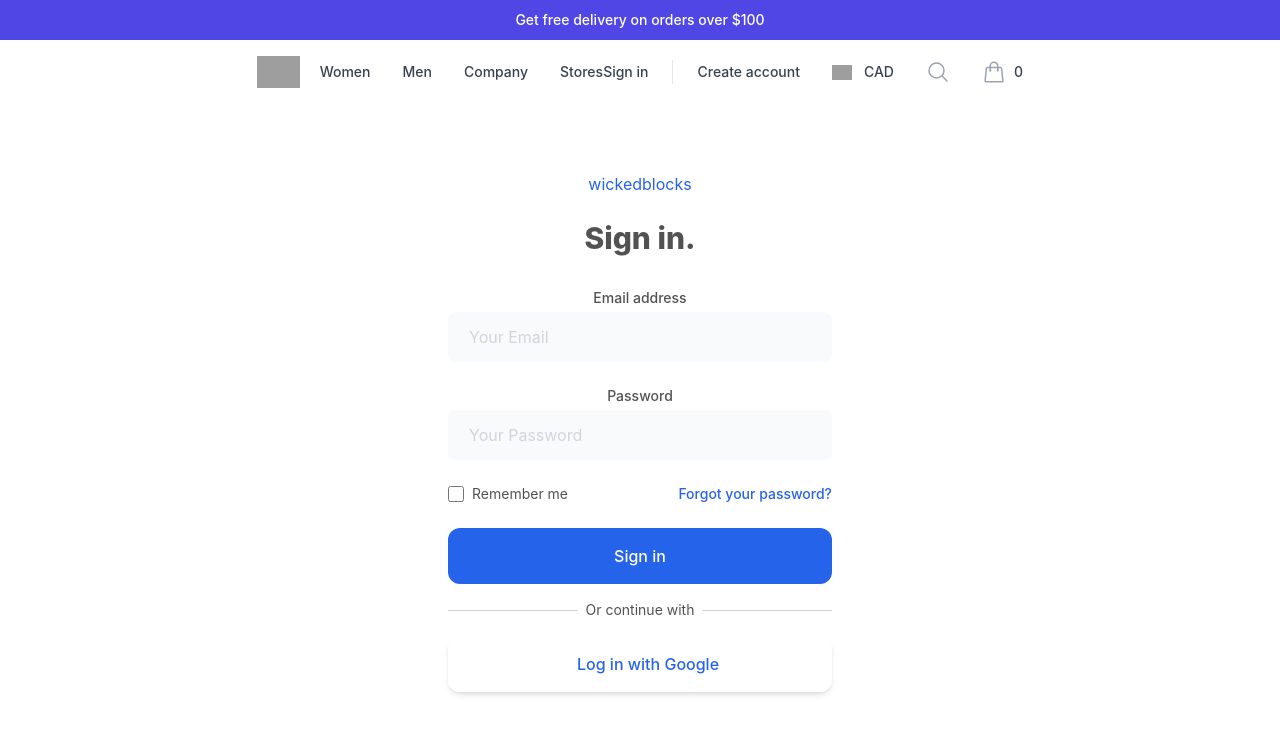
Repository: mehedi9465/Maiden_Wears
Page: /login
An editor plug-in stored every save of this project. The page is shown before and after the next save, followed by the edit.
The browser window is 1280 px wide. The pictures show the whole page.
Pictures or frames that could not be fetched are drawn as grey boxes. The page's requests for data from a server got no answer. The project was rebuilt for these pictures with package versions that can differ from the ones it lists, and the page was loaded fresh each time. No one was signed in, and anything a server would have sent is missing. Also part of the build but not shown: src/Components/Home/Promo/Promo.js, src/Components/Home/NewArrivals/NewArrivals.js, src/Components/Home/Brands/Brands.js, src/Components/Home/Home/Home.js, src/Components/Authentication/Register/Register.js, src/Components/Products/Products.js.

Above is the page before, as saved 2022-12-29 19:48:38.

After the next save:
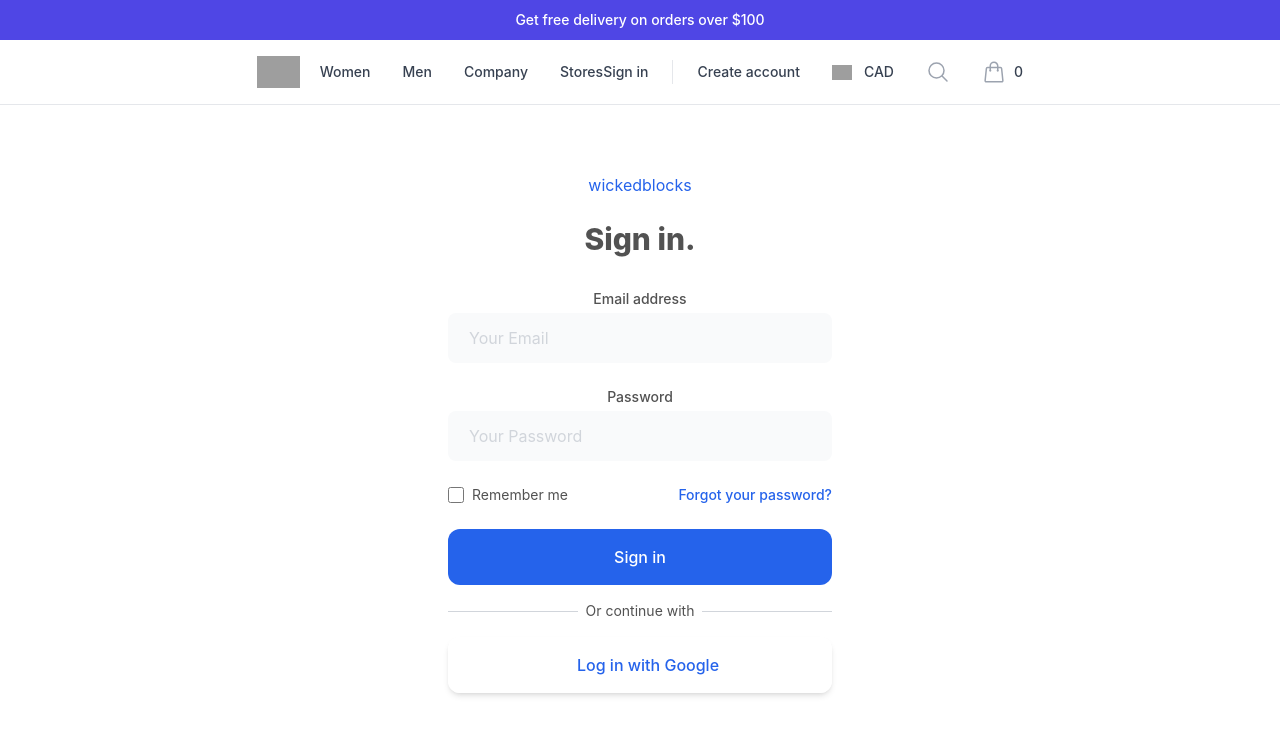
Saved 5 s later.
--- a/src/Components/Home/Navigation/Navigation.js
+++ b/src/Components/Home/Navigation/Navigation.js
@@ -111,15 +111,12 @@ const Navigation = () => {
 
       {/* Mobile Menu  */}
 
-      <header className="relative bg-white">
+      <header className="relative bg-white border-b border-gray-200">
         <p className="flex h-10 items-center justify-center bg-indigo-600 px-4 text-sm font-medium text-white sm:px-6 lg:px-8">
           Get free delivery on orders over $100
         </p>
 
-        <nav
-          aria-label="Top"
-          className="mx-auto w-fit px-4 sm:px-6 lg:px-0"
-        >
+        <nav aria-label="Top" className="mx-auto w-fit px-4 sm:px-6 lg:px-0">
           <div className="">
             <div className="flex h-16 items-center">
               <button
